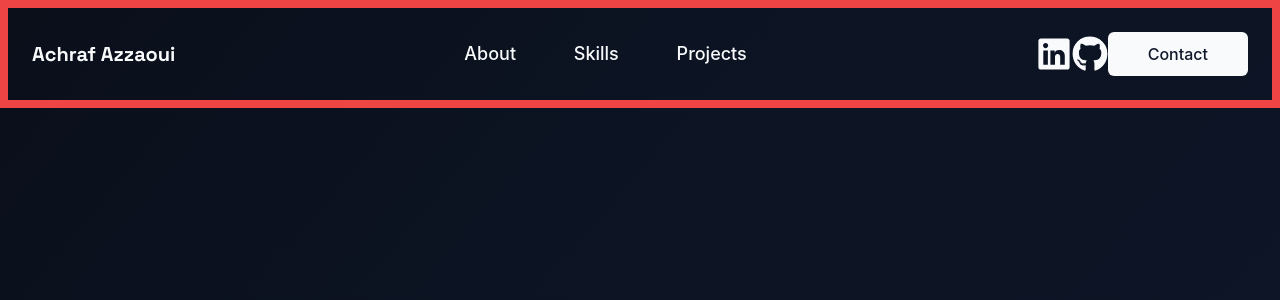
Repository: AchrafAzzaoui/Portfolio-Website
Page: / (app in achrafs-portfolio/)
These files come from the project's save history. The page is drawn as it stood at one moment and after the next save; the edit follows.
The browser window is 1280 px wide. The pictures show the whole page.
Some web fonts or font styles are not loaded; a fallback is used. The project was rebuilt for these pictures with package versions that can differ from the ones it lists, and the page was loaded fresh each time. Also part of the build but not shown: achrafs-portfolio/vite.config.ts.

Above is the page before, as saved 2025-01-02 22:19:24.

### achrafs-portfolio/index.html
<!DOCTYPE html>
<html lang="en">
  <head>
    <meta charset="UTF-8" />
    <link rel="icon" type="image/svg+xml" href="/vite.svg" />
    <meta name="viewport" content="width=device-width, initial-scale=1.0" />
    <!-- Inter for body text -->
    <link rel="preconnect" href="https://rsms.me/" />
    <link rel="stylesheet" href="https://rsms.me/inter/inter.css" />

    <!-- Space Grotesk for headlines -->
    <link rel="preconnect" href="https://fonts.googleapis.com" />
    <link rel="preconnect" href="https://fonts.gstatic.com" crossorigin />
    <link
      href="https://fonts.googleapis.com/css2?family=Space+Grotesk:wght@500;600;700&display=swap"
      rel="stylesheet"
    />
    <title>Achraf's Portfolio Website</title>
  </head>
  <body>
    <div id="root"></div>
    <script type="module" src="/src/main.tsx"></script>
  </body>
</html>

### achrafs-portfolio/src/index.css
@tailwind base;
@tailwind components;
@tailwind utilities;
@tailwind base;
@tailwind components;
@tailwind utilities;

@layer base {
  * {
    margin: 0;
    padding: 0;
    box-sizing: border-box;
  }

  html {
    scroll-behavior: smooth;
  }

  body {
    @apply font-sans antialiased;
  }

  ul,
  ol {
    list-style: none;
  }

  a {
    text-decoration: none;
    color: inherit;
  }

  img {
    max-width: 100%;
    height: auto;
  }

  button {
    background: none;
    border: none;
    cursor: pointer;
  }
}

### achrafs-portfolio/src/App.tsx
import "./index.css";
import Header from "./components/layout/Header.tsx";
export default function App() {
  return (
    <div className="min-h-screen bg-gradient-dark">
      <Header />
    </div>
  );
}

### achrafs-portfolio/src/components/layout/Header.tsx
import { useState } from "react";
import { RxLinkedinLogo } from "react-icons/rx";
import { FaGithub } from "react-icons/fa";

export default function Header() {
  const [isMenuOpen, setIsMenuOpen] = useState(false);

  return (
    <header className="px-2 py-4 border-8 border-red-500">
      <nav className="flex px-4 py-2">
        <div className="basis-3/16 flex-auto flex justify-start items-center font-display font-bold text-dark-text-primary">
          <h2 className="text-xl">Achraf Azzaoui</h2>
        </div>
        <div className="basis-7/16 flex-auto flex justify-evenly items-center">
          <a
            href="#about"
            className="font-sans font-medium text-dark-text-primary text-lg"
          >
            About
          </a>
          <a
            href="#skills"
            className="font-sans font-medium text-dark-text-primary text-lg"
          >
            Skills
          </a>
          <a
            href="#projects"
            className="font-sans font-medium text-dark-text-primary text-lg"
          >
            Projects
          </a>
        </div>
        <div className="basis-6/16 flex-auto flex justify-end items-center">
          <RxLinkedinLogo className="text-4xl rounded-sm text-dark-text-primary" />
          <FaGithub className="text-4xl rounded-full text-dark-text-primary" />
          <button className="px-10 py-2.5 border-2 border-dark-text-primary bg-dark-text-primary rounded-md text-light-text-primary font-sans font-medium">
            Contact
          </button>
        </div>
      </nav>
    </header>
  );
}

### achrafs-portfolio/tailwind.config.js
/** @type {import('tailwindcss').Config} */
const defaultTheme = require("tailwindcss/defaultTheme");

export default {
  content: ["./index.html", "./src/**/*.{js,ts,jsx,tsx}"],
  theme: {
    extend: {
      backgroundImage: {
        "gradient-dark":
          "linear-gradient(130deg, #0A0F1A 0%, #0C1322 40%, #0E1628 100%)",
        "gradient-light":
          "linear-gradient(130deg, #F8FAFC 0%, #EEF2F6 40%, #E2E8F0 100%)", // Light theme gradient
      },
      colors: {
        // Dark theme
        dark: {
          text: {
            primary: "#F8FAFC", // Almost white
            secondary: "#94A3B8", // Lighter gray
            muted: "#64748B", // Muted gray
          },
        },
        // Light theme
        light: {
          text: {
            primary: "#0F172A", // Very dark blue/gray
            secondary: "#334155", // Dark gray
            muted: "#64748B", // Same as dark for balance
          },
        },
      },
      fontFamily: {
        sans: ["Inter", ...defaultTheme.fontFamily.sans],
        display: ["Space Grotesk", ...defaultTheme.fontFamily.sans],
      },
    },
  },
  plugins: [],
};

Loaded but not shown: achrafs-portfolio/src/main.tsx (common file)

After the next save:
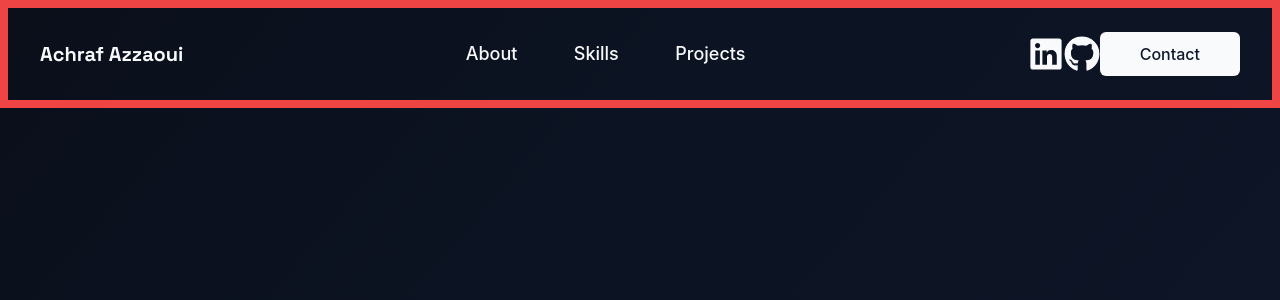
Saved 8 s later.
--- a/achrafs-portfolio/src/components/layout/Header.tsx
+++ b/achrafs-portfolio/src/components/layout/Header.tsx
@@ -7,7 +7,7 @@ export default function Header() {
 
   return (
     <header className="px-2 py-4 border-8 border-red-500">
-      <nav className="flex px-4 py-2">
+      <nav className="flex px-6 py-2">
         <div className="basis-3/16 flex-auto flex justify-start items-center font-display font-bold text-dark-text-primary">
           <h2 className="text-xl">Achraf Azzaoui</h2>
         </div>
